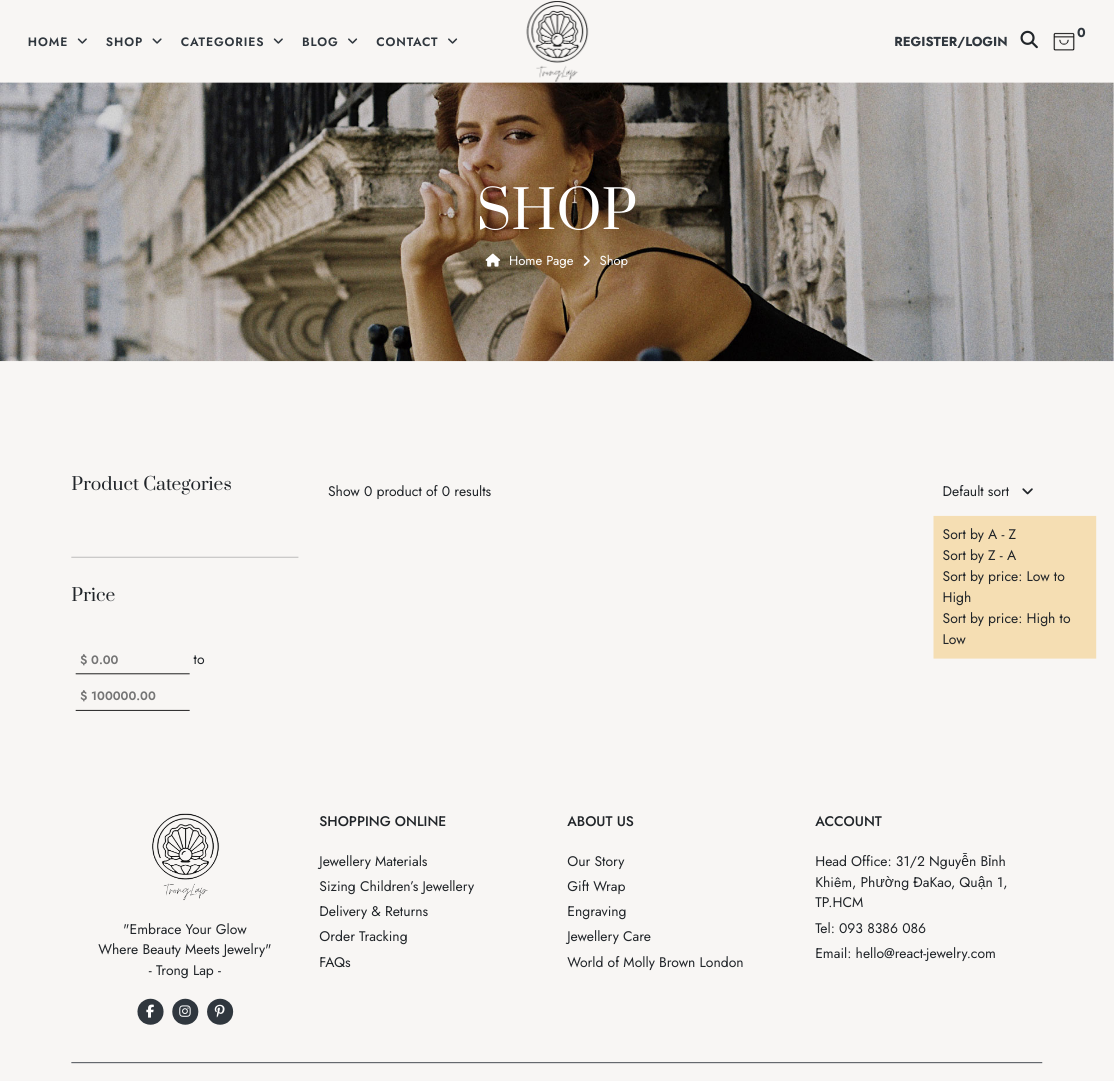
Repository: tronglap/react-jewelry
Page: /list-product
An editor plug-in stored every save of this project. The page is shown before and after the next save, followed by the edit.
The browser window is 1280 px wide. The pictures show the whole page, at 87% of full size.
The page's requests for data from a server got no answer. The project was rebuilt for these pictures with package versions that can differ from the ones it lists, and the page was loaded fresh each time. No one was signed in, and anything a server would have sent is missing. Also part of the build but not shown: src/component/Button/Button.css, src/component/Button/Button.js, src/component/SliderBar/SliderBar.css, src/component/SliderBar/SliderBar.js, src/component/Home/WWD/WWD.css, src/component/Home/WWD/WWD.js, src/component/Home/Home.css, src/component/Home/Categories/Categories.js and 14 more.

Above is the page before, as saved 2024-03-26 18:44:00.

After the next save:
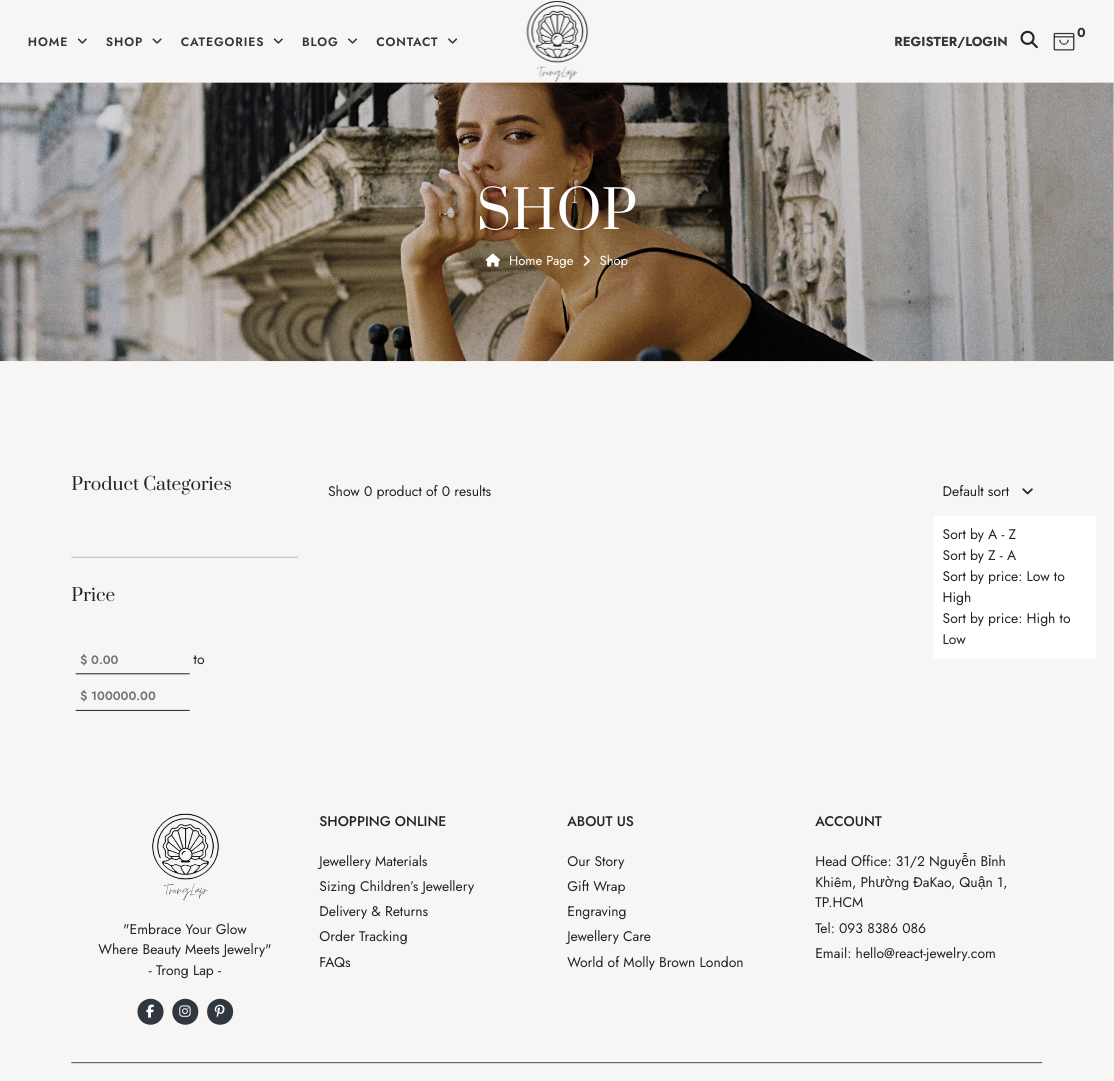
Saved 12 s later.
--- a/src/component/ListProduct/ListProduct.css
+++ b/src/component/ListProduct/ListProduct.css
@@ -91,7 +91,7 @@ input[type=number]::-webkit-inner-spin-button {
 }
 
 .ListProduct .box_product .sort .sorts {
-    background-color: wheat;
+    background-color: white;
     padding: 10px 10px;
     width: 150%;
     top: 50px;
